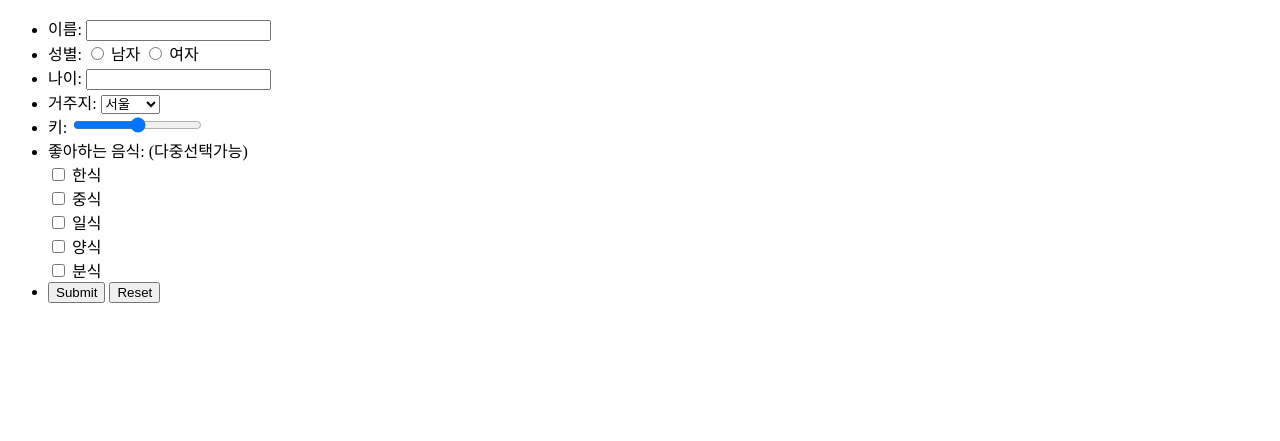
Repository: 1400CP/05_server-workspace1
Page: 1_Servlet/WebContent/views/requestTest_POST.html
An editor plug-in stored every save of this project. The page is shown before and after the next save, followed by the edit.
The browser window is 1280 px wide. The pictures show the whole page.

Above is the page before, as saved 2025-02-14 03:42:30.

After the next save:
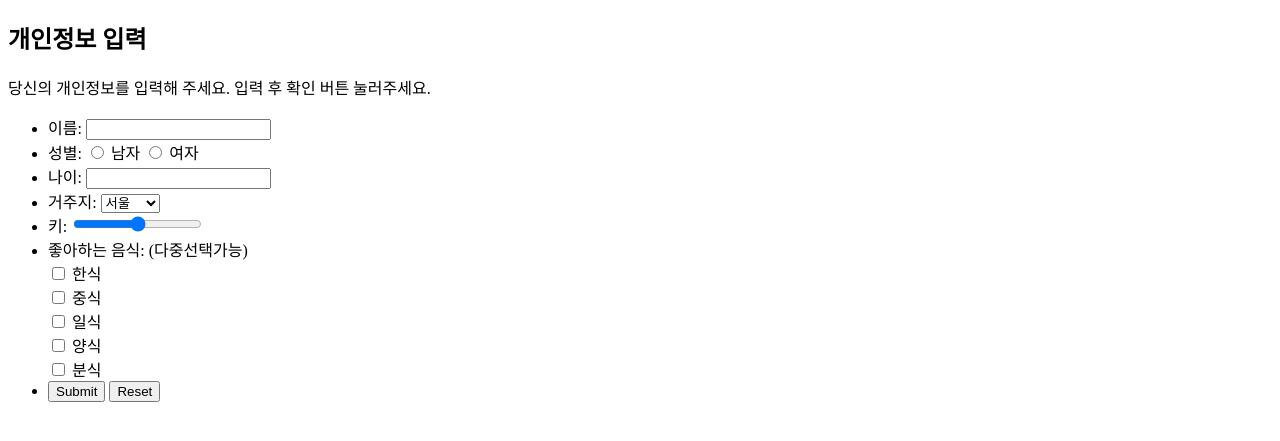
Saved 52 s later.
--- a/1_Servlet/WebContent/views/requestTest_POST.html
+++ b/1_Servlet/WebContent/views/requestTest_POST.html
@@ -6,7 +6,8 @@
 </head>
 <body>
 
-
+<h2>개인정보 입력</h2>
+<p>당신의 개인정보를 입력해 주세요. 입력 후 확인 버튼 눌러주세요.</p>
 
 
 	<form action="" method="POST">
